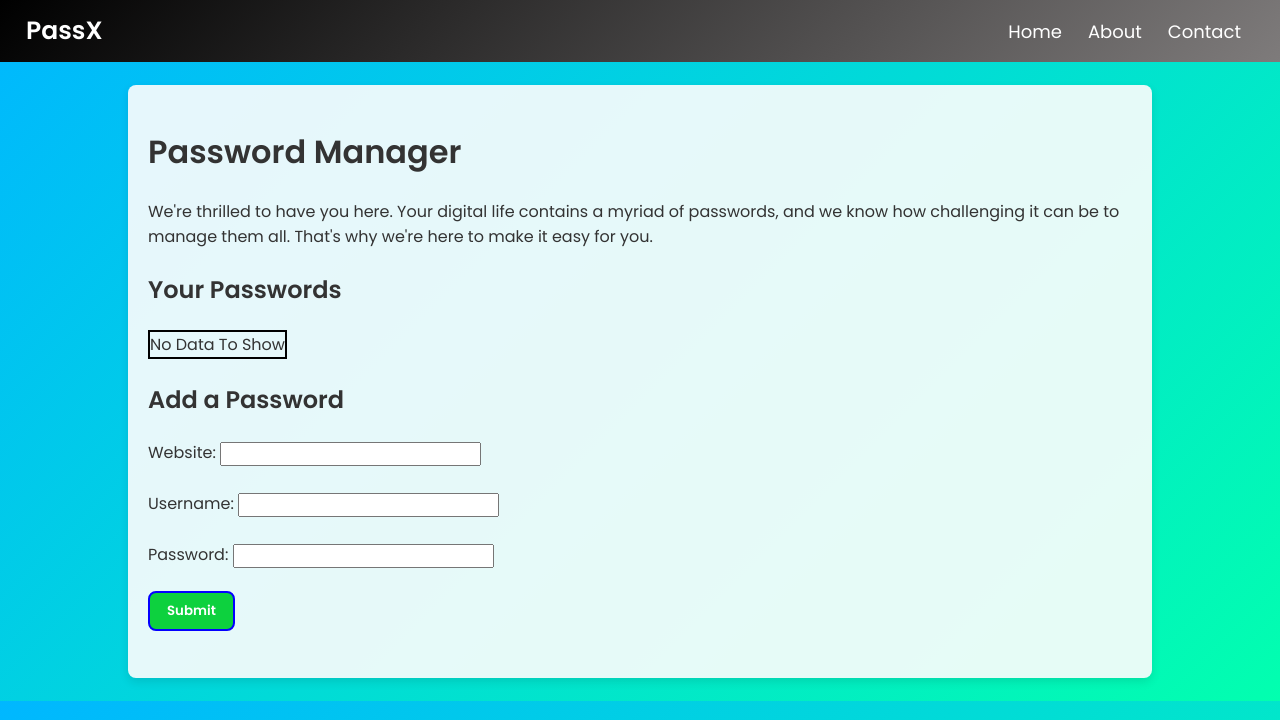
Repository: Abhi2807ar/PASSWORD-MANAGER
Page: index.html
These files come from the project's save history. The page is drawn as it stood at one moment and after a run of saves; the edit follows.
The browser window is 1280 px wide. The pictures show the whole page.
The pointer rests on the first visible `.btn`.

Above is the page before, as saved 2024-10-14 19:14:11.

After the next 2 saves:
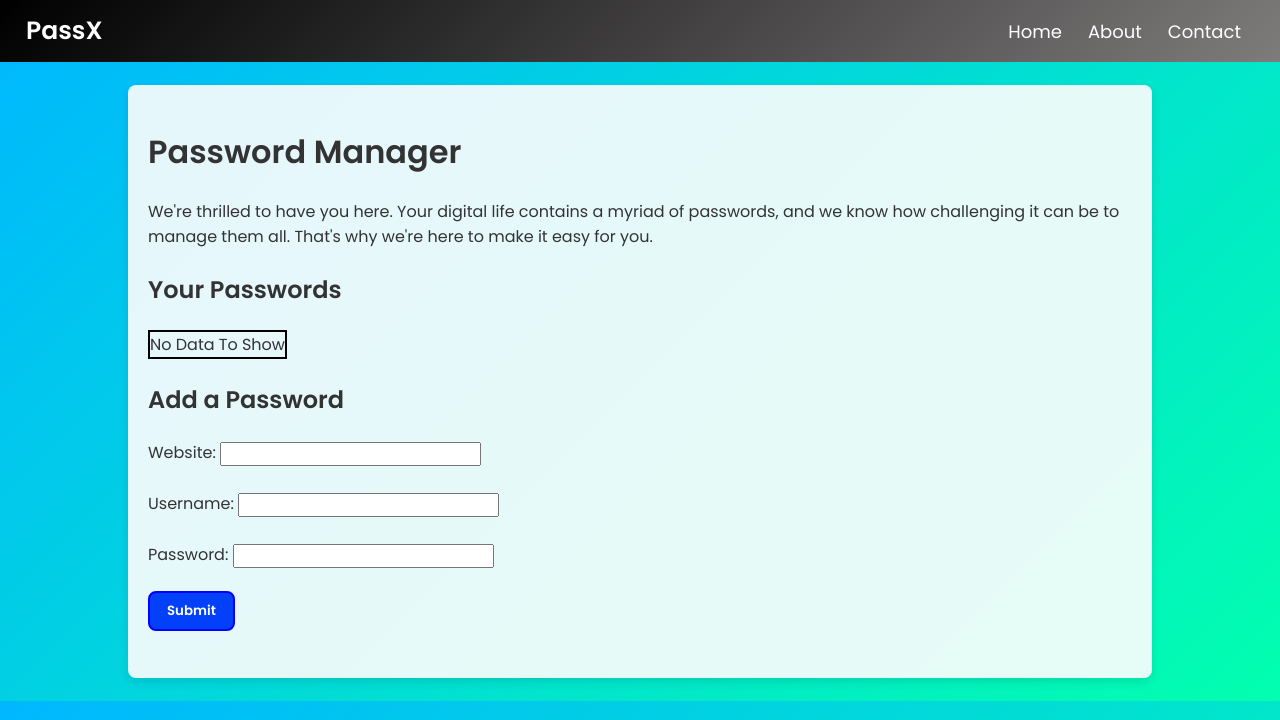
The 2 saves are shown as one change because they came seconds apart.
The last was saved 14 s later.
--- a/style.css
+++ b/style.css
@@ -79,7 +79,7 @@ h1, h2, h3 {
 }
 
 .btn:hover {
-    background: #0dd13e; /* Vibrant hover color */
+    background: #0240fa; /* Vibrant hover color */
     border-color: #0400ff;
     transform: translateY(-2px); /* Lift effect */
 }
